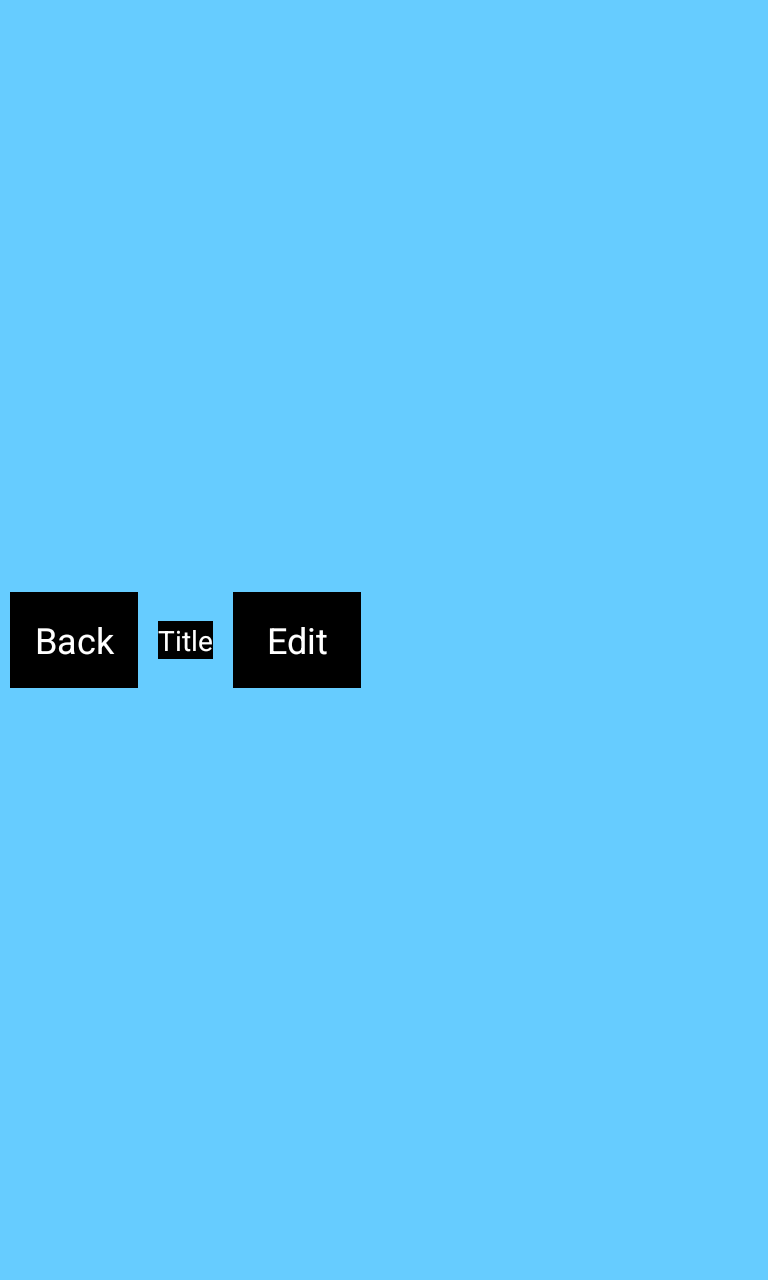
Repository: Ollyder/eclipse_work
Layout: TableLayout/res/layout/title.xml
The author's editor kept a copy of each file at every save. The layout is drawn from the files as they stood at one save, then again after the next save.
It is drawn on a 768 x 1280 px phone screen (xhdpi) without system bars, with theme AppTheme; the app's code is not run.

Above is the layout before, as saved 2017-05-28 04:57:55.

### TableLayout/res/layout/title.xml
<?xml version="1.0" encoding="utf-8"?>
<LinearLayout xmlns:android="http://schemas.android.com/apk/res/android"
    android:layout_width="match_parent"
    android:layout_height="wrap_content"
    android:background="#66ccff"
    android:orientation="horizential"
     >

    <Button
        android:id="@+id/title_button1"
        android:layout_width="wrap_content"
        android:layout_height="wrap_content"
        android:layout_gravity="center"
        android:layout_margin="5dip"
        android:background="#000000"
        android:textColor="#ffffff"
        android:text="Back" />

    <TextView
        android:id="@+id/title_text_view1"
        android:layout_width="wrap_content"
        android:layout_height="wrap_content"
        android:layout_margin="5dip"
        android:layout_gravity="center"
        android:background="#000000"
        android:textColor="#ffffff"
        android:text="Title" />

    <Button
        android:id="@+id/title_button2"
        android:layout_width="wrap_content"
        android:layout_height="wrap_content"
        android:layout_margin="5dip"
        android:background="#000000"
        android:text="Edit"
        android:layout_gravity="center"
        android:textColor="#ffffff" />

</LinearLayout>

Loaded but not shown: TableLayout/res/values/styles.xml (common file); TableLayout/res/values-v11/styles.xml (common file); TableLayout/res/values-v14/styles.xml (common file)

After the next save:
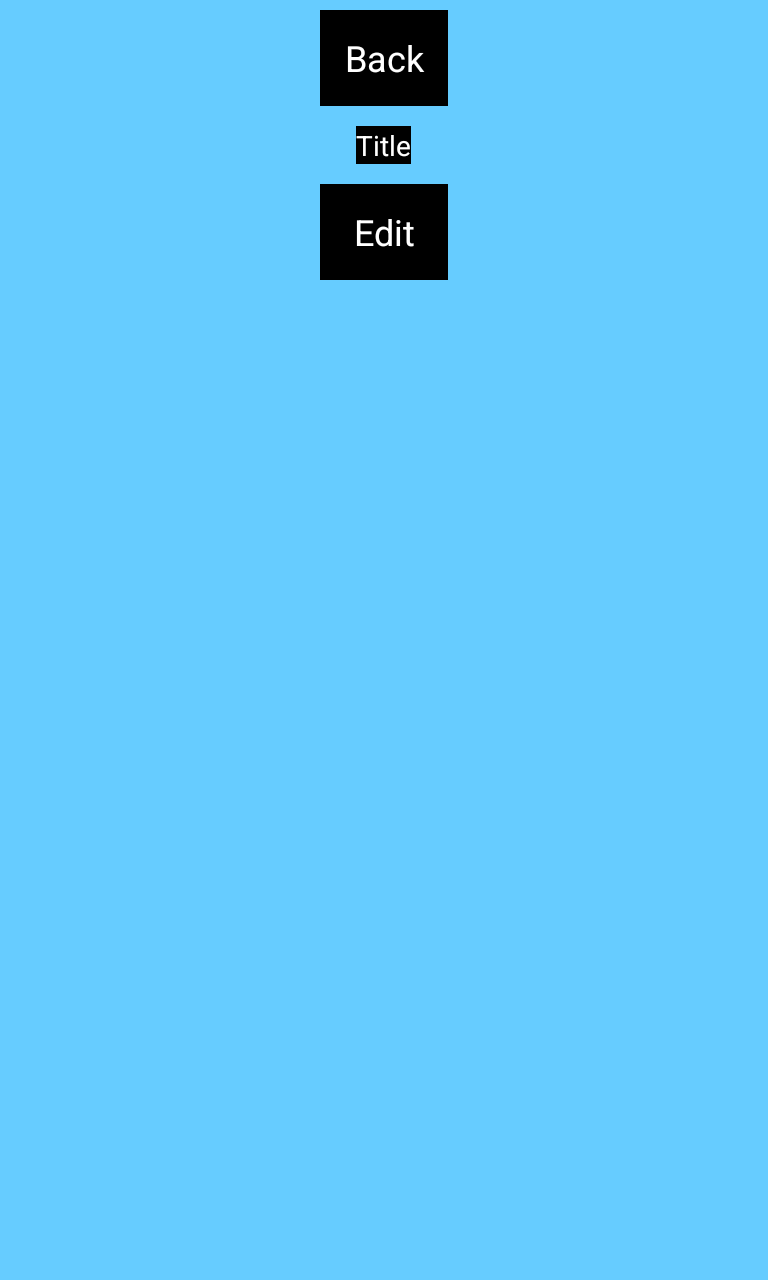
Saved 10 s later.
--- a/TableLayout/res/layout/title.xml
+++ b/TableLayout/res/layout/title.xml
@@ -3,7 +3,7 @@
     android:layout_width="match_parent"
     android:layout_height="wrap_content"
     android:background="#66ccff"
-    android:orientation="horizential"
+    android:orientation="vertical"
      >
 
     <Button

After the save that followed:
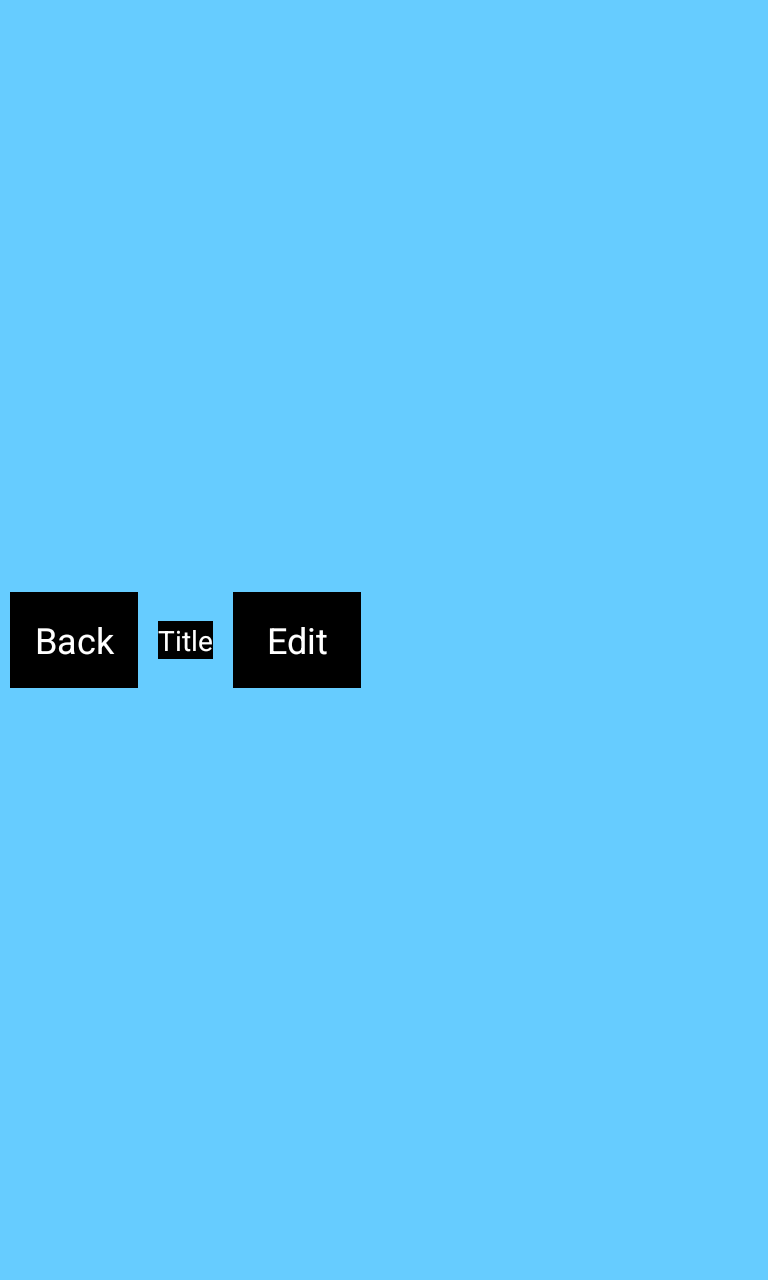
Saved 7 s later.
--- a/TableLayout/res/layout/title.xml
+++ b/TableLayout/res/layout/title.xml
@@ -3,7 +3,7 @@
     android:layout_width="match_parent"
     android:layout_height="wrap_content"
     android:background="#66ccff"
-    android:orientation="vertical"
+    android:orientation="hrizontal"
      >
 
     <Button
